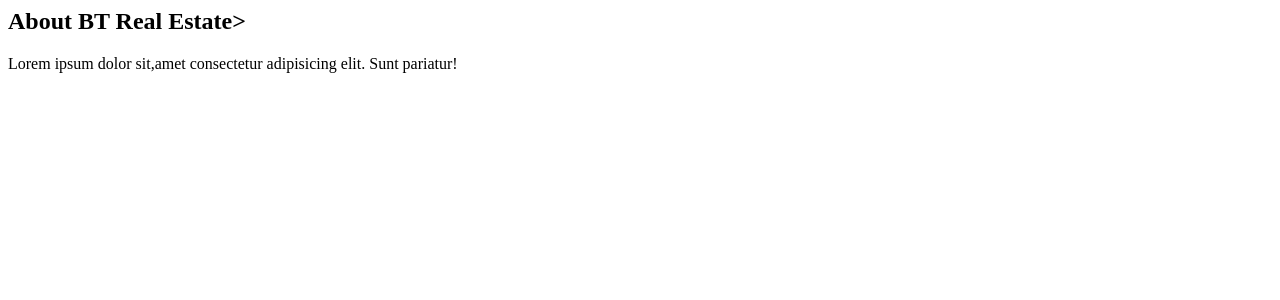
Repository: florin7755/BTRE_PROJECT
Page: http://localhost/accounts/dashboard
These files come from the project's save history. The page is drawn as it stood at one moment and after the next save; the edit follows.
The browser window is 1280 px wide. The pictures show the whole page.
The page is served by the project's application, run on Django 4.2 (manage.py).

Above is the page before, as saved 2023-06-27 20:28:54.

After the next save:
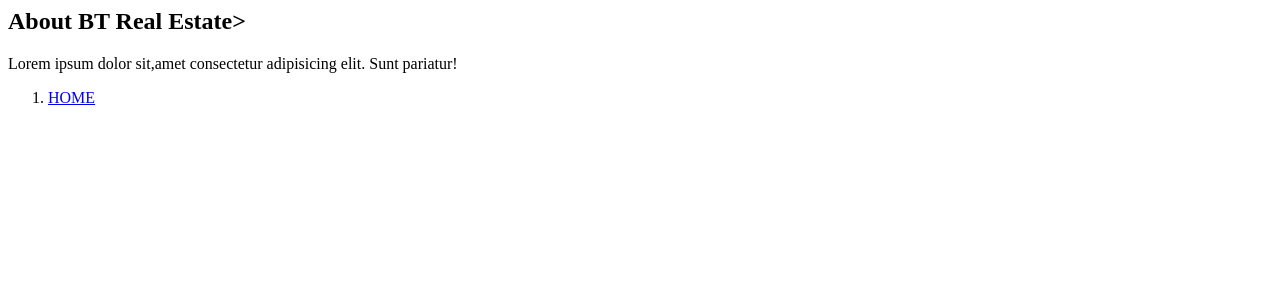
Saved 26 min 50 s later.
--- a/templates/accounts/dashboard.html
+++ b/templates/accounts/dashboard.html
@@ -15,3 +15,15 @@
 
 <!-- Breadcrumb-->
     <section id='bc' class='mt-3'>
+        <div class='container'>
+            <nav aria-label='breadcrumb'>
+                <ol class='breadcrumb'>
+                    <li class='breadcrumb-item'>
+                        <a href='index.html'>
+                            <i class='fas fa-home'></i>HOME
+                        </a>
+                    </li>
+                </ol>
+            </nav>
+        </div>
+    </section>
